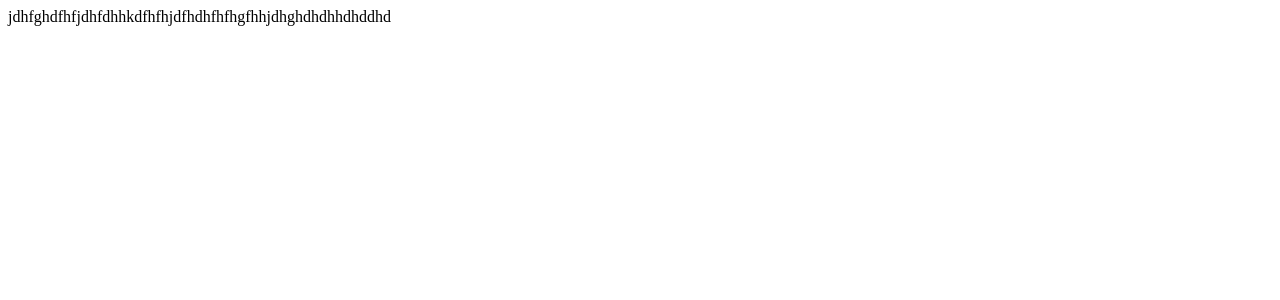
Repository: Aki-Coder/MIS_Project
Page: http://localhost/FakultetSpring/index.jsp
These files come from the project's save history. The page is drawn as it stood at one moment and after the next save; the edit follows.
The browser window is 1280 px wide. The pictures show the whole page.
The page is served by Tomcat 9.

Above is the page before, as saved 2020-06-16 12:18:56.

After the next save:
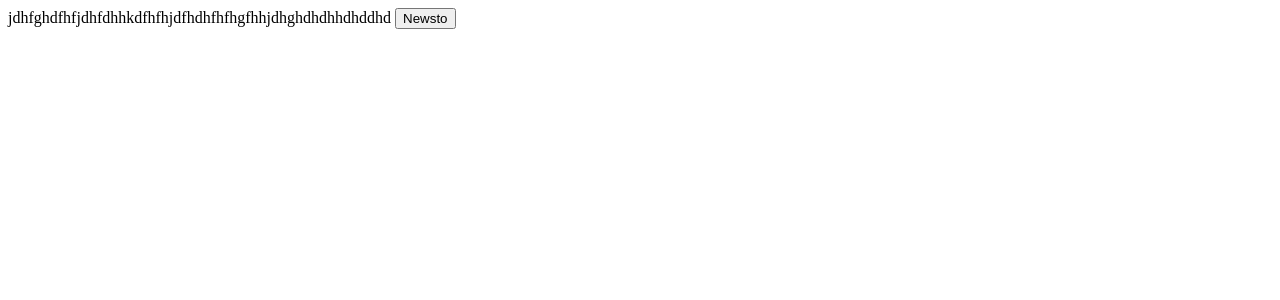
Saved 61 s later.
--- a/FakultetSpring/src/main/webapp/index.jsp
+++ b/FakultetSpring/src/main/webapp/index.jsp
@@ -8,5 +8,7 @@
 </head>
 <body>
 jdhfghdfhfjdhfdhhkdfhfhjdfhdhfhfhgfhhjdhghdhdhhdhddhd
+
+<input type="submit" value="Newsto">
 </body>
 </html>
